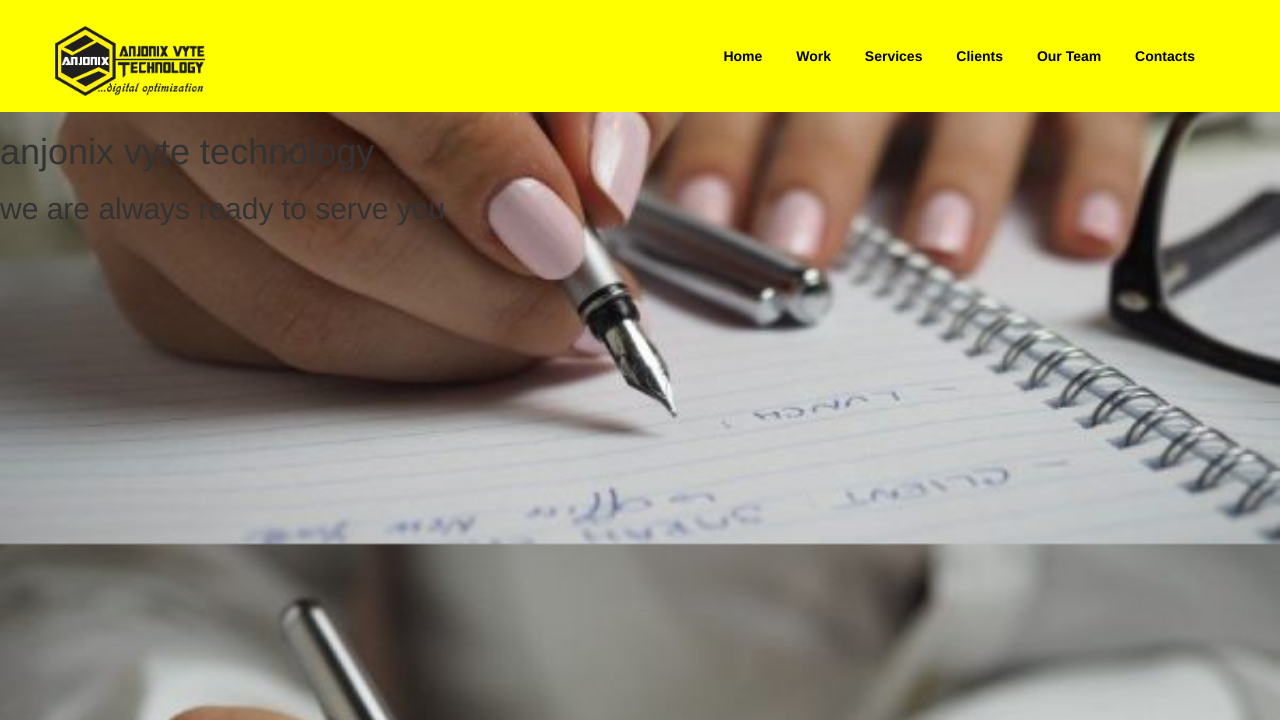
Repository: anjonix/Responsive-Website
Page: contact-form.html
An editor plug-in stored every save of this project. The page is shown before and after the next save, followed by the edit.
The browser window is 1280 px wide. The pictures show the whole page.

Above is the page before, as saved 2019-07-09 12:32:52.

### contact-form.html
<!DOCTYPE html>
<!DOCTYPE html>
<html lang="en">
<head>
    <meta charset="UTF-8">
    <meta name="viewport" content="width=device-width, initial-scale=1.0">
    <meta http-equiv="X-UA-Compatible" content="ie=edge">
    <link rel="stylesheet" href="CSS/Contactform style.css">
     <!-- Latest compiled and minified CSS -->
    <link rel="stylesheet" href="https://maxcdn.bootstrapcdn.com/bootstrap/3.4.0/css/bootstrap.min.css">

    <!-- jQuery library -->

    <script src="https://ajax.googleapis.com/ajax/libs/jquery/3.4.1/jquery.min.js"></script>

    <!-- Latest compiled JavaScript -->
    <script src="https://maxcdn.bootstrapcdn.com/bootstrap/3.4.0/js/bootstrap.min.js"></script>
    <title>Contact Form</title>
</head>
<body>
     <body>
        <header>
            <div class="container">
                <div class="row">
                    <a href="" class="logo"><img src="Images/LOGO.png" alt="Logo" height="70px" width="150px"></a>
                    <nav>
                        <ul>
                            <li><a href="">Home</a></li>
                            <li><a href="">Work</a></li>
                            <li><a href="">Services</a></li>
                            <li><a href="">Clients</a></li>
                            <li><a href="">Our Team</a></li>
                            <li><a href="">Contacts</a></li>
                        </ul
                    </nav>
                </div>
            </div>
        </header>
        <div class="Contactform">
            <h1>anjonix vyte technology</h1>
            <h2>we are always ready to serve you</h2>
        </div>

</body>
</html>

### CSS/Contactform style.css
*,html,body
{
    margin: 0;
    padding: 0;
}
body
{
    background: url(..//Images/image8.jpg);
    background-size: cover;
    background-position: center;
}
header
{
    background-color: yellow;
    height: 112px;
    line-height: 112px;
}
ul {
    list-style: none;
}
ul li
{
    display: inline-block;
}
header nav
{
    float: right;
}
.logo img
{
margin-top: 7px;
}
header nav ul li a
{
    padding-right: 30px;
    font-weight: bold;
    text-decoration-line: none;
    color: black;
    transition: all 0.5s ease-in;
}
header nav ul li a:hover
{
    text-decoration: none;
    color: #ffffff;
}

After the next save:
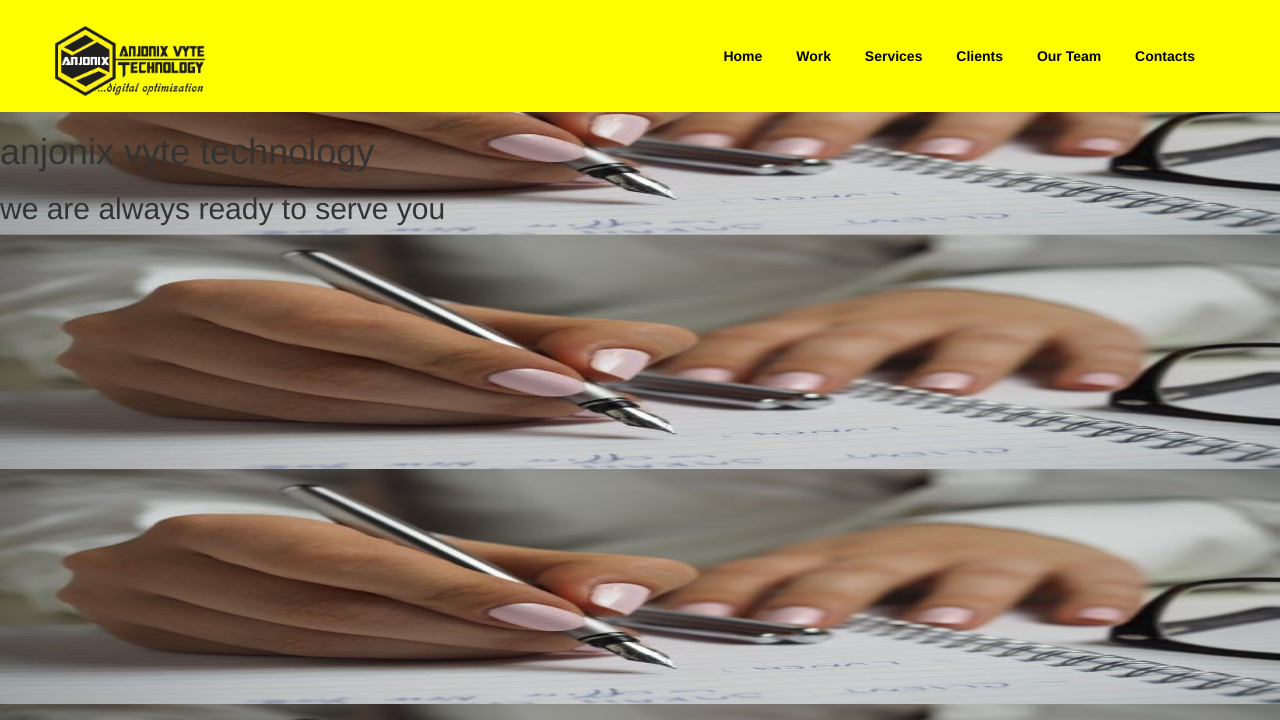
Saved 52 s later.
--- a/CSS/Contactform style.css
+++ b/CSS/Contactform style.css
@@ -6,8 +6,7 @@
 body
 {
     background: url(..//Images/image8.jpg);
-    background-size: cover;
-    background-position: center;
+    background-size: 100% 100%;
 }
 header
 {

After the save that followed:
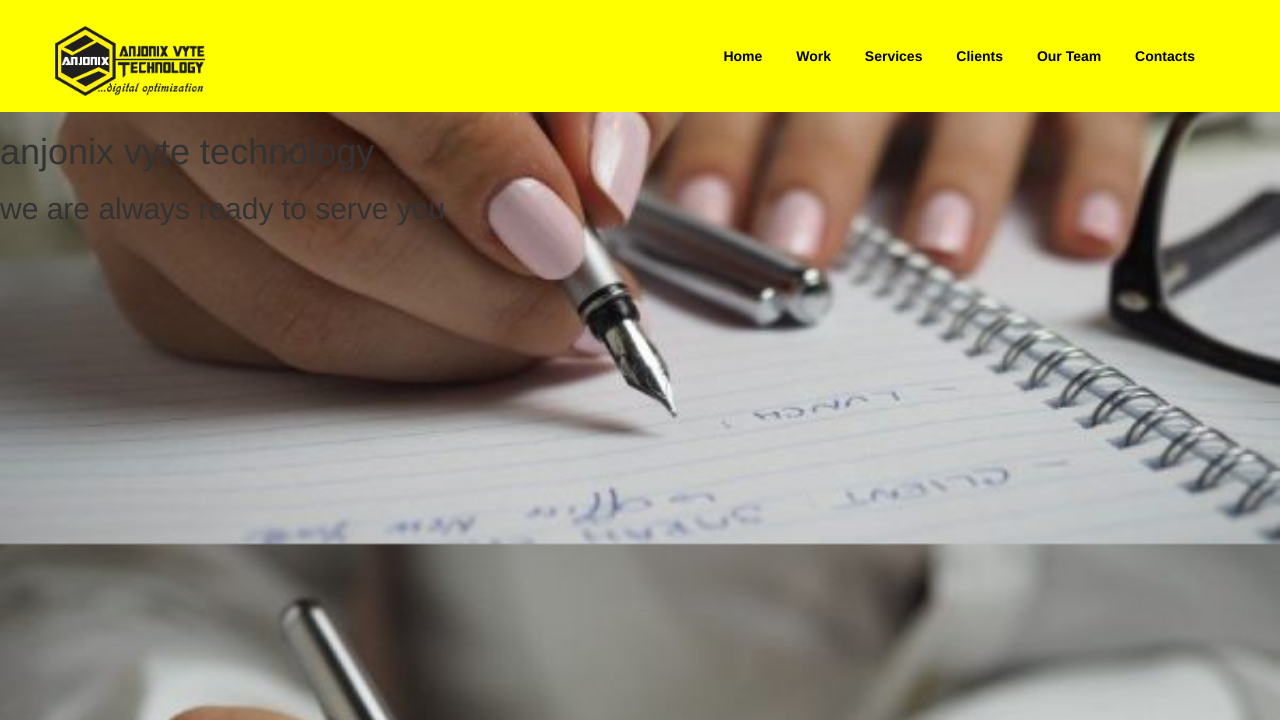
Saved 28 s later.
--- a/CSS/Contactform style.css
+++ b/CSS/Contactform style.css
@@ -6,7 +6,8 @@
 body
 {
     background: url(..//Images/image8.jpg);
-    background-size: 100% 100%;
+    background-size: cover;
+    background-position: center;
 }
 header
 {
